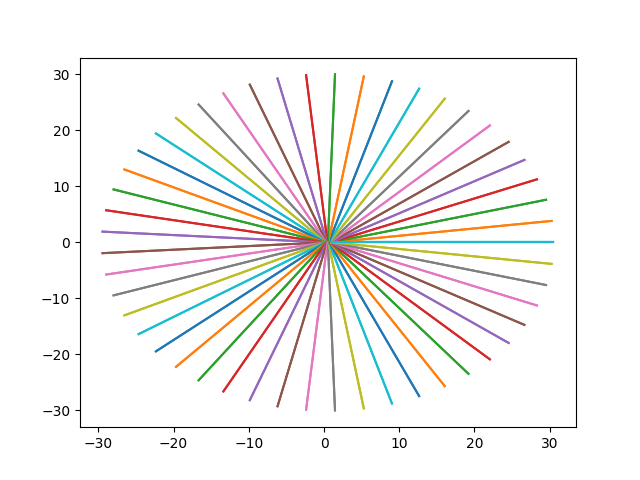
Repository: leiradom/CFDhomework
Script's output: python Laplaceequation/Meshgeneration.py
An editor plug-in stored every save of this project. The script's output is shown before and after the next save, followed by the edit.
Random numbers start from a fixed seed.

Above is the script's output before, as saved 2021-04-07 14:12:49.

### Laplaceequation/Meshgeneration.py
import math
import numpy as np
import matplotlib.pyplot as plt


# n1 = int(input("请输入翼型表面离散点数"))
# n2 = int(input("请输入近场到远场离散点数"))
#NACA0012表面坐标
#y1 = 0.6 * (-0.1015 * x**4 + 0.2843 * x**3 - 0.3576 * x**2 - 0.1221 * x + 0.2969 * x ** 0.5)
#y2 = -0.6 * (-0.1015 * x**4 + 0.2843 * x**3 - 0.3576 * x**2 - 0.1221 * x + 0.2969 * x ** 0.5)

#沿x轴等间距变化翼型表面,这样不好
'''
for i in range (0,101):
    x = 0.01 *  i
    y1 = 0.6 * (-0.1015 * x**4 + 0.2843 * x**3 - 0.3576 * x**2 - 0.1221 * x + 0.2969 * x ** 0.5)
    y2 = -0.6 * (-0.1015 * x**4 + 0.2843 * x**3 - 0.3576 * x**2 - 0.1221 * x + 0.2969 * x ** 0.5)
    X[i] = x
    Y1[i] = y1
    Y2[i] = y2
plt.plot(X,Y1,'-o')
plt.plot(X,Y2,'-o')
plt.show()
'''

#print(math.cos(60/57.3))  #测试python中使用的是弧度制

n1 = 50  #绕翼型一周的点数
n2 = 50  #从壁面到远场的离散点数

#这里用linspace
Theta = np.linspace(0,2*math.pi,num = n1)
X0 = np.ones(n1)
Y0 = np.ones(n1)
X1 = np.ones(n1)
Y1 = np.ones(n1)
X = np.ones([n1,n2])
Y = np.ones([n1,n2])

for i in range(0,n1):
    X0[i] = 0.5 * (1 + math.cos(Theta[i]))
    if(Theta[i]<math.pi):
        y = 0.6 * (-0.1015 * X0[i]**4 + 0.2843 * X0[i]**3 - 0.3576 * X0[i]**2 - 0.1221 * X0[i] + 0.2969 * X0[i] ** 0.5)
    else:
        y = -0.6 * (-0.1015 * X0[i]**4 + 0.2843 * X0[i]**3 - 0.3576 * X0[i]**2 - 0.1221 * X0[i] + 0.2969 * X0[i] ** 0.5)
    Y0[i] = y
    X1[i] = 30 * math.cos(Theta[i]) + 0.5
    Y1[i] = 30 * math.sin(Theta[i])
    print(X0[i],Y0[i])
    for j in range(0,n2):
        dx = (X1[i] - X0[i]) / (n2 - 1)
        dy = (Y1[i] - Y0[i]) / (n2 - 1)
        X[i][j] = X0[i] + j * dx
        Y[i][j] = Y0[i] + j * dy

for i in range(0,n1):
    plt.plot(X[i][:],Y[i][:])
for j in range(0,n2):
    plt.plot(X[:][j],Y[:][j])

plt.show()



'''
# 共用一个show()即可
plt.plot(X0,Y0,'-o')
plt.plot(X1,Y1,'-o')
plt.axis('square')
plt.show()



#解Laplace方程
dcy = 1     #求解域的横坐标离散
dyt = 1     #求解域的纵坐标离散

alpha = 000
beta  = 000
gama  = 000


X[i][j] =

Y[i][j] =

'''

After the next save:
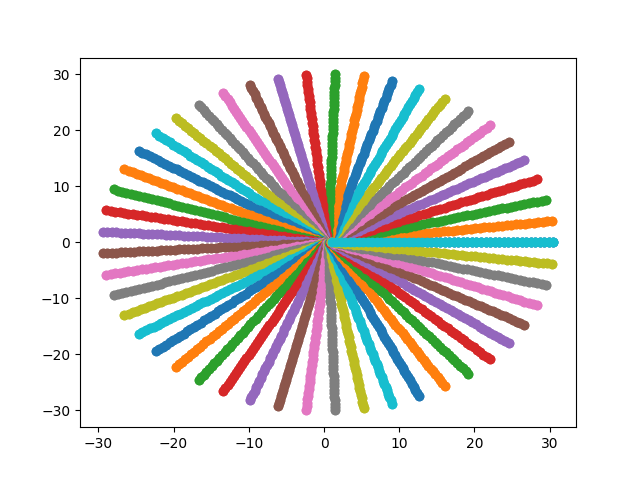
Saved 28 s later.
--- a/Laplaceequation/Meshgeneration.py
+++ b/Laplaceequation/Meshgeneration.py
@@ -54,9 +54,9 @@ for i in range(0,n1):
         Y[i][j] = Y0[i] + j * dy
 
 for i in range(0,n1):
-    plt.plot(X[i][:],Y[i][:])
+    plt.plot(X[i][:],Y[i][:],'-o')
 for j in range(0,n2):
-    plt.plot(X[:][j],Y[:][j])
+    plt.plot(X[:][j],Y[:][j],'-o')
 
 plt.show()
 
